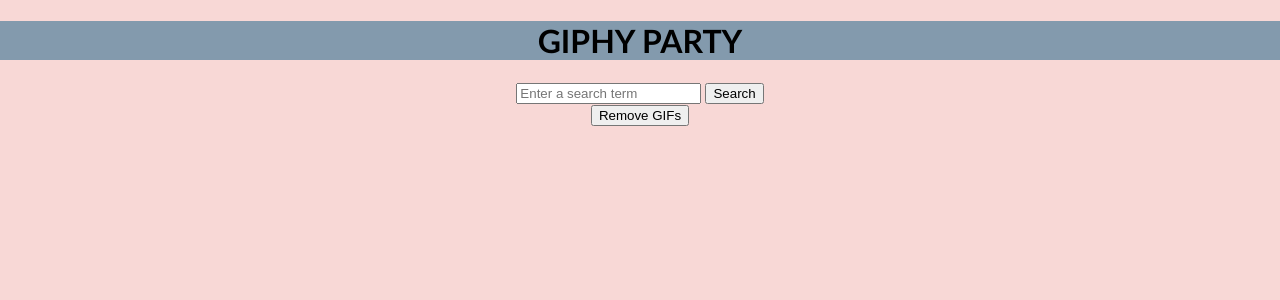
Repository: rmdayberry/AJAX-Giphy-Party
Page: index.html
The author's editor kept a copy of each file at every save. The page is drawn from the files as they stood at one save, then again after the next save.
The browser window is 1280 px wide. The pictures show the whole page.
Some web libraries are served in a nearby version.

Above is the page before, as saved 2024-08-06 13:03:02.

### index.html
<!DOCTYPE html>
<html lang="en">
  <head>
    <meta charset="UTF-8" />
    <title>Giphy Party!</title>
    <link rel="stylesheet" href="style.css" />
  </head>

  <body>
    <h1>GIPHY PARTY</h1>
    <form id="gifForm">
      <input type="text" id="searchTerm" placeholder="Enter a search term" />
      <button type="submit">Search</button>
    </form>
    <div id="gifContainer"></div>

    <button id="removeAllBtn">Remove GIFs</button>
    <script src="https://code.jquery.com/jquery-3.2.1.js"></script>
    <script src="https://unpkg.com/axios/dist/axios.js"></script>
    <script src="app.js"></script>
  </body>
</html>

### style.css
body {
  font-family: "Trebuchet MS", "Lucida Sans Unicode", "Lucida Grande",
    "Lucida Sans", Arial, sans-serif;
  background-color: rgb(248, 216, 214);
  text-align: center;
  margin: 0;
  padding: 0;
}

h1 {
  background-color: rgb(131, 154, 173);
  color: black;
}

### app.js
console.log("Let's get this party started!");
//handle form submissions and AJAX requests
document
  .getElementById("gifForm")
  .addEventListener("submit", async function (e) {
    e.preventDefault();

    const searchTerm = document.getElementById("searchTerm").value;
    const apiKey = "MhAodEJIJxQMxW9XqxKjyXfNYdLoOIym";
    const url = `http://api.giphy.com/v1/gifs/search?q=${searchTerm}&api_key=${apiKey}`;

    try {
      const response = await axios.get(url);
      console.log(response.data);
      //append gifs to page
      const gifUrl = response.data.data[0].images.fixed_height.url; //get first gif url
      const img = document.createElement("img");
      img.src = gifUrl;
      document.getElementById("gifContainer").appendChild(img);
    } catch (error) {
      console.log("Error finding GIF:", error);
    }
  });

//add eventListener to remove GIFs button
document.getElementById("removeAllBtn").addEventListener("click", function () {
  const gifContainer = document.getElementById("gifContainer");
  while (gifContainer.firstChild) {
    gifContainer.removeChild(gifContainer.firstChild);
  }
});

After the next save:
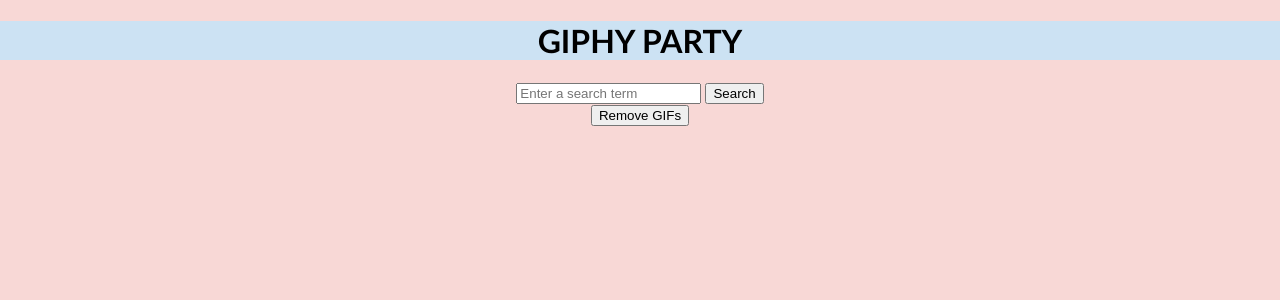
Saved 13 s later.
--- a/style.css
+++ b/style.css
@@ -8,6 +8,6 @@
 }
 
 h1 {
-  background-color: rgb(131, 154, 173);
+  background-color: rgb(204, 226, 243);
   color: black;
 }
